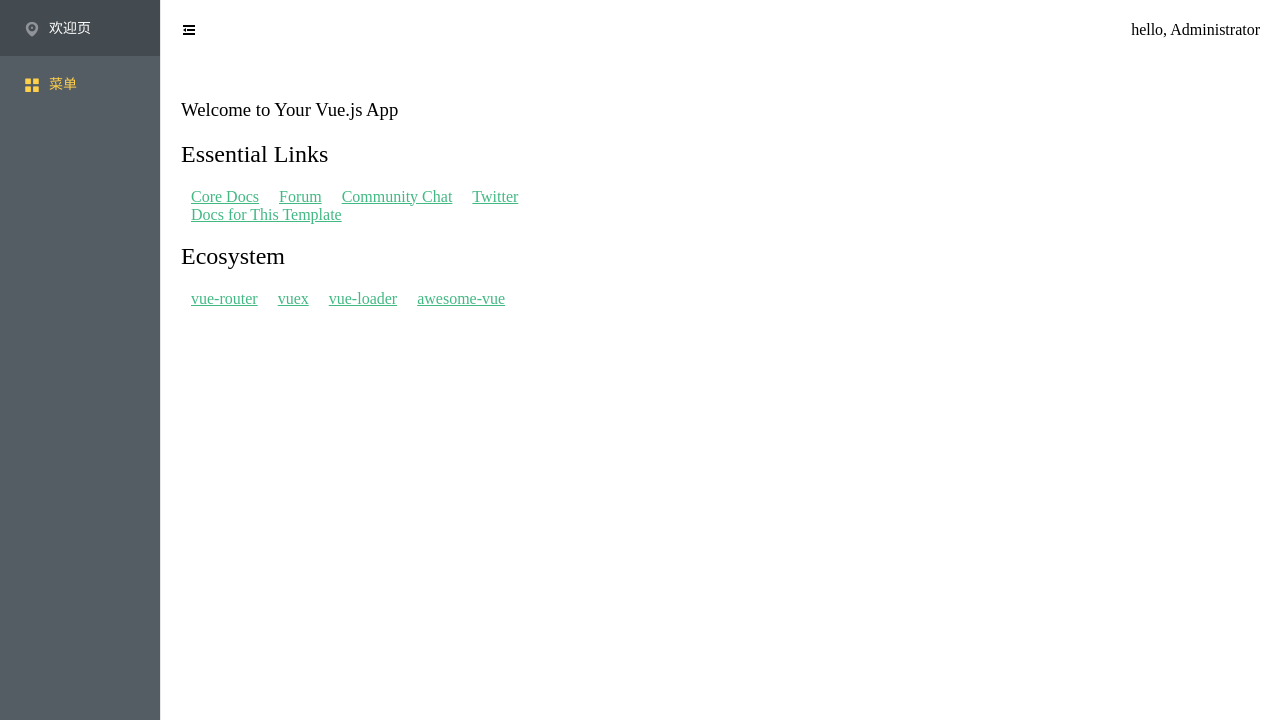
Repository: qianxuebing/admin
Page: /HelloWorld
An editor plug-in stored every save of this project. The page is shown before and after the next save, followed by the edit.
The browser window is 1280 px wide. The pictures show the whole page.
The project was rebuilt for these pictures with package versions that can differ from the ones it lists, and the page was loaded fresh each time. Imported but missing from the stored project, and not drawn on this page: src/views/home/Home.

Above is the page before, as saved 2019-12-09 16:11:07.

### src/main.js
// The Vue build version to load with the `import` command
// (runtime-only or standalone) has been set in webpack.base.conf with an alias.
import Vue from 'vue'
import App from './App'
import router from './router'
import ElementUI from 'element-ui'
import 'element-ui/lib/theme-chalk/index.css'
import store from './store/index'

Vue.use(ElementUI)

Vue.config.productionTip = false

/* eslint-disable no-new */
new Vue({
  el: '#app',
  router,
  store,
  components: { App },
  template: '<App/>'
})

### src/App.vue
<template>
  <div id="app">
    <router-view/>
  </div>
</template>

<script>
export default {
  name: 'App'
}
</script>

<style>
html,body {
  height: 100%;
  overflow: hidden;
  margin: 0;
  padding: 0;
}
  #app {
    height: 100%;
  }
</style>

### src/router/index.js
import Vue from 'vue'
import Router from 'vue-router'
import HelloWorld from '@/components/HelloWorld'
import Home from '@/views/home/Home'
import Layout from '@/views/layout/Layout'

Vue.use(Router)

export default new Router({
  mode: 'history',
  routes: [
    {
      path: '/',
      component: Layout,
      children: [
        {
          path: '/',
          name: 'Home',
          component: Home
        },
        {
          path: '/HelloWorld',
          name: 'HelloWorld',
          component: HelloWorld
        }
      ]
    }
  ]
})

### src/store/index.js
import Vue from 'vue'
import Vuex from 'vuex'

Vue.use(Vuex)

const store = new Vuex.Store({
  state: {
    isActive: false
  },
  getters: {

  },
  mutations: {
    TOGGLE_SIDEBAR (state) {
      state.isActive = !state.isActive
    }
  },
  actions: {
    toggleSideBar ({commit}) {
      commit('TOGGLE_SIDEBAR')
    }
  }
})

export default store

### src/views/layout/Layout.vue
<template>
  <el-container class="container">
      <side-bar></side-bar>
      <el-container>
          <el-header>
            <nav-bar></nav-bar>
          </el-header>
          <el-main>
            <component :is="currentView"></component>
          </el-main>
      </el-container>
  </el-container>
</template>

<script>
import SideBar from '../../components/SideBar'
import NavBar from '../../components/NavBar'
import AppMain from '../../components/AppMain'
export default {
  data () {
    return {
      currentView: 'AppMain'
    }
  },
  components: {
    SideBar,
    NavBar,
    AppMain
  }
}
</script>

<style lang="scss">
  .container {
    height: 100%;
  }
</style>

### src/components/SideBar.vue
<template>
  <el-menu router :default-active="$route.path" class="el-menu-vertical-demo menu" :collapse="isActive" background-color="#545c64" text-color="#fff"  acitve-background-color="#001528" active-text-color="#ffd04b">
    <template v-for="item in sideBarData">
      <el-menu-item :index="item.path" :key="item.id">
        <i :class="item.icon"></i>
        <span slot="title">{{ item.title }}</span>
      </el-menu-item>
    </template>
  </el-menu>
</template>

<script>
import { mapState } from 'vuex'
import sideBarData from './mock.js'
export default {
  data () {
    return {
      sideBarData: sideBarData
    }
  },
  computed: {
    ...mapState(['isActive'])
  }
}
</script>

<style>
  .menu {
    height: 100%;
    overflow: auto;
  }
  .el-menu-vertical-demo:not(.el-menu--collapse) {
    width: 160px;
  }
</style>

### src/components/NavBar.vue
<template>
  <div class="header-inner">
    <i :class="`${isActive ? 'el-icon-s-unfold' : 'el-icon-s-fold'}`" @click="toggleSideBar"></i>
    <span>hello, Administrator</span>
  </div>
</template>

<script>
import { mapState } from 'vuex'
export default {
  computed: {
    ...mapState(['isActive'])
  },
  methods: {
    toggleSideBar () {
      this.$store.dispatch('toggleSideBar')
    }
  }
}
</script>

<style lang='scss'>
.header-inner {
	height: 60px;
	display: flex;
	align-items: center;
	justify-content: space-between;
}
</style>

### src/components/AppMain.vue
<template>
  <transition name="fade" mode="out-in">
    <router-view></router-view>
  </transition>
</template>

<script>

</script>

<style lang='scss'>
  .fade-enter-active, .fade-leave-active {
    transition: opacity .5s;
  }
  .fade-enter, .fade-leave-to /* .fade-leave-active below version 2.1.8 */ {
    opacity: 0;
  }
</style>

### src/components/mock.js
const sideBarData = [
  {
    id: '01',
    path: '/',
    title: '欢迎页',
    icon: 'el-icon-location'
  }, {
    id: '02',
    path: '/HelloWorld',
    title: '菜单',
    icon: 'el-icon-menu'
  }
]

export default sideBarData

Loaded but not shown: index.html (common file); src/components/HelloWorld.vue (common file)

After the next save:
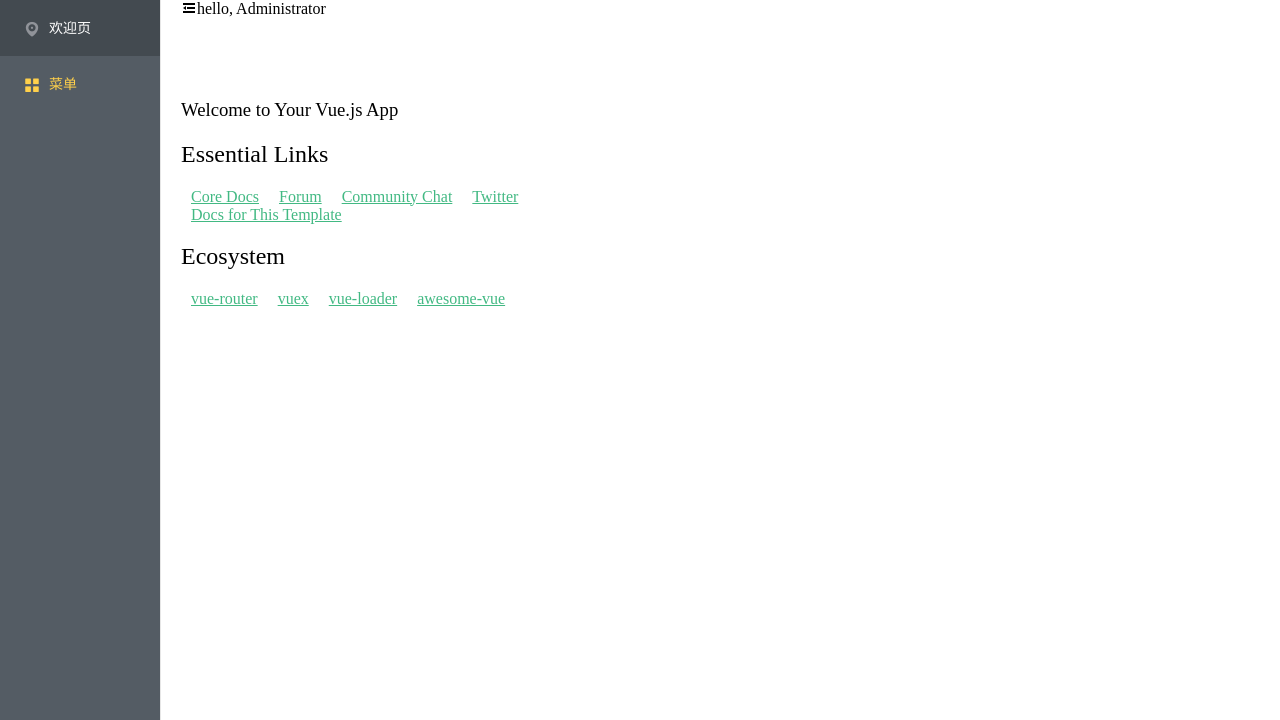
Saved 62 s later.
--- a/src/components/NavBar.vue
+++ b/src/components/NavBar.vue
@@ -1,5 +1,5 @@
 <template>
-  <div class="header-inner">
+  <div>
     <i :class="`${isActive ? 'el-icon-s-unfold' : 'el-icon-s-fold'}`" @click="toggleSideBar"></i>
     <span>hello, Administrator</span>
   </div>
@@ -19,11 +19,6 @@
 }
 </script>
 
-<style lang='scss'>
-.header-inner {
-	height: 60px;
-	display: flex;
-	align-items: center;
-	justify-content: space-between;
-}
+<style>
+
 </style>

After the 2 saves that followed:
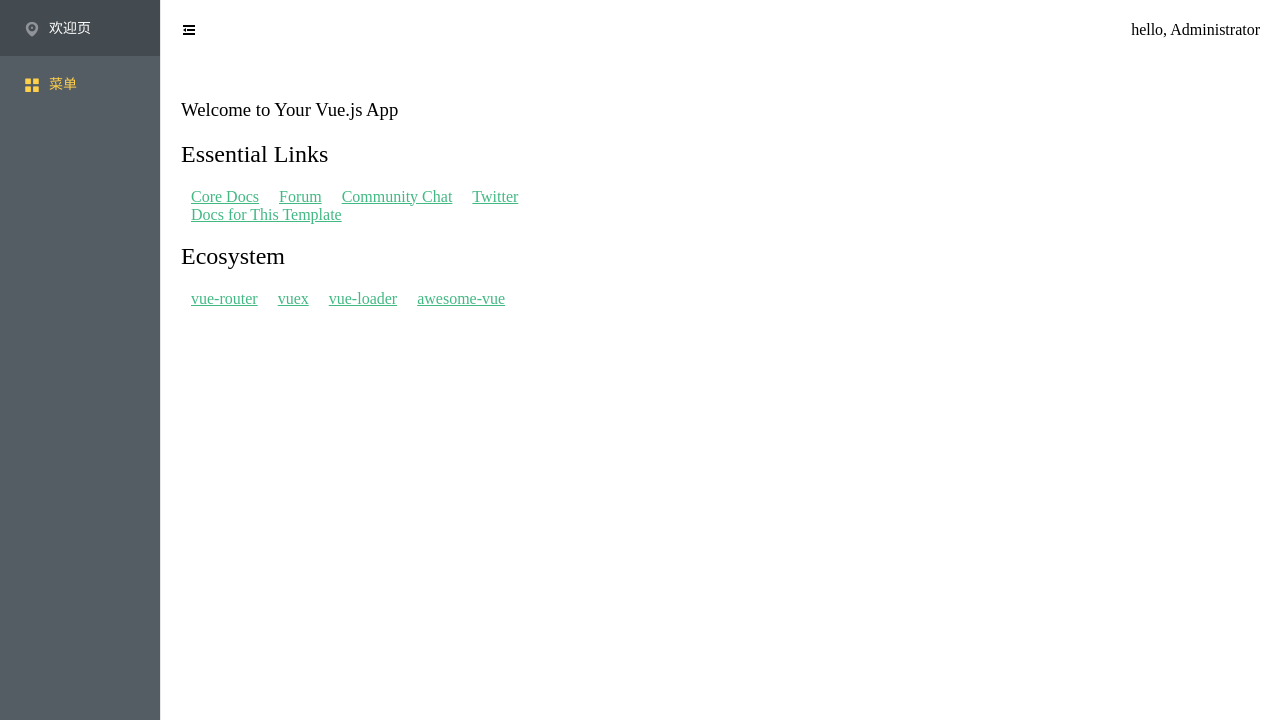
The 2 saves are shown as one change because 1 left the picture as it was.
The last was saved 71 s later.
--- a/src/components/NavBar.vue
+++ b/src/components/NavBar.vue
@@ -1,5 +1,5 @@
 <template>
-  <div>
+  <div class="header-inner">
     <i :class="`${isActive ? 'el-icon-s-unfold' : 'el-icon-s-fold'}`" @click="toggleSideBar"></i>
     <span>hello, Administrator</span>
   </div>
@@ -20,5 +20,10 @@
 </script>
 
 <style>
-
+  .header-inner{
+    height: 60px;
+    display: flex;
+    justify-content: space-between;
+    align-items: center;
+  }
 </style>
